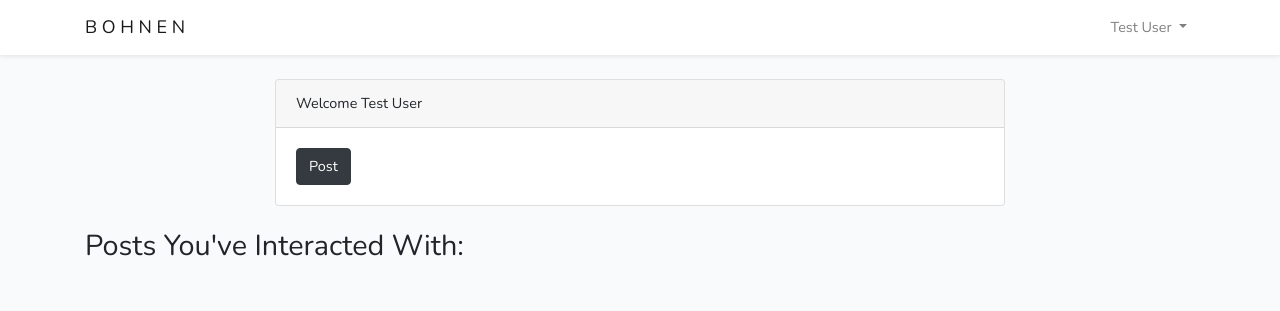
Repository: davidbohnen/BOHNEN
Page: http://localhost/home
An editor plug-in stored every save of this project. The page is shown before and after the next save, followed by the edit.
The browser window is 1280 px wide. The pictures show the whole page.
The page is served by the project's Laravel application, run on PHP 8.4 with Laravel 8. A made-up administrator, Test User (test@example.com), is signed in.

Above is the page before, as saved 2020-05-05 21:18:43.

After the next save:
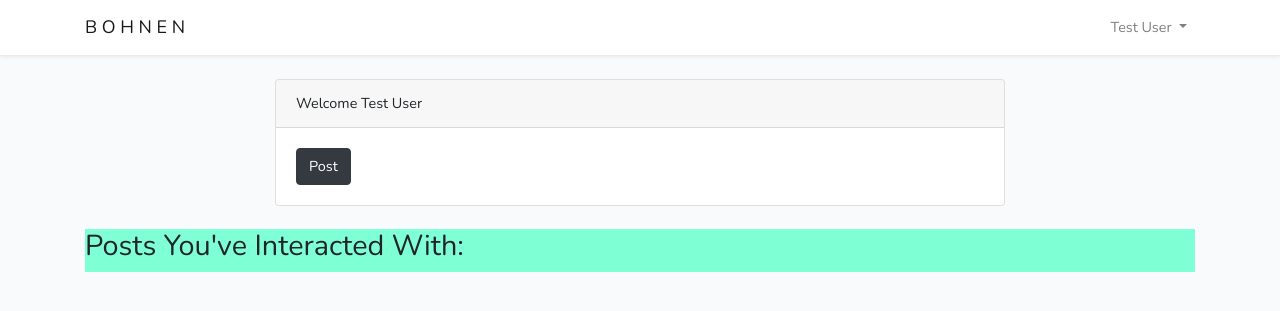
Saved 38 s later.
--- a/resources/views/home.blade.php
+++ b/resources/views/home.blade.php
@@ -25,7 +25,7 @@
     <br>
 
     <div class="container">
-    <div class="row justify-content-center">
+    <div class="row justify-content-center" style = "background-color:aquamarine">
         <h2>Posts You've Interacted With:</h2>
             <hr>
         </div>
